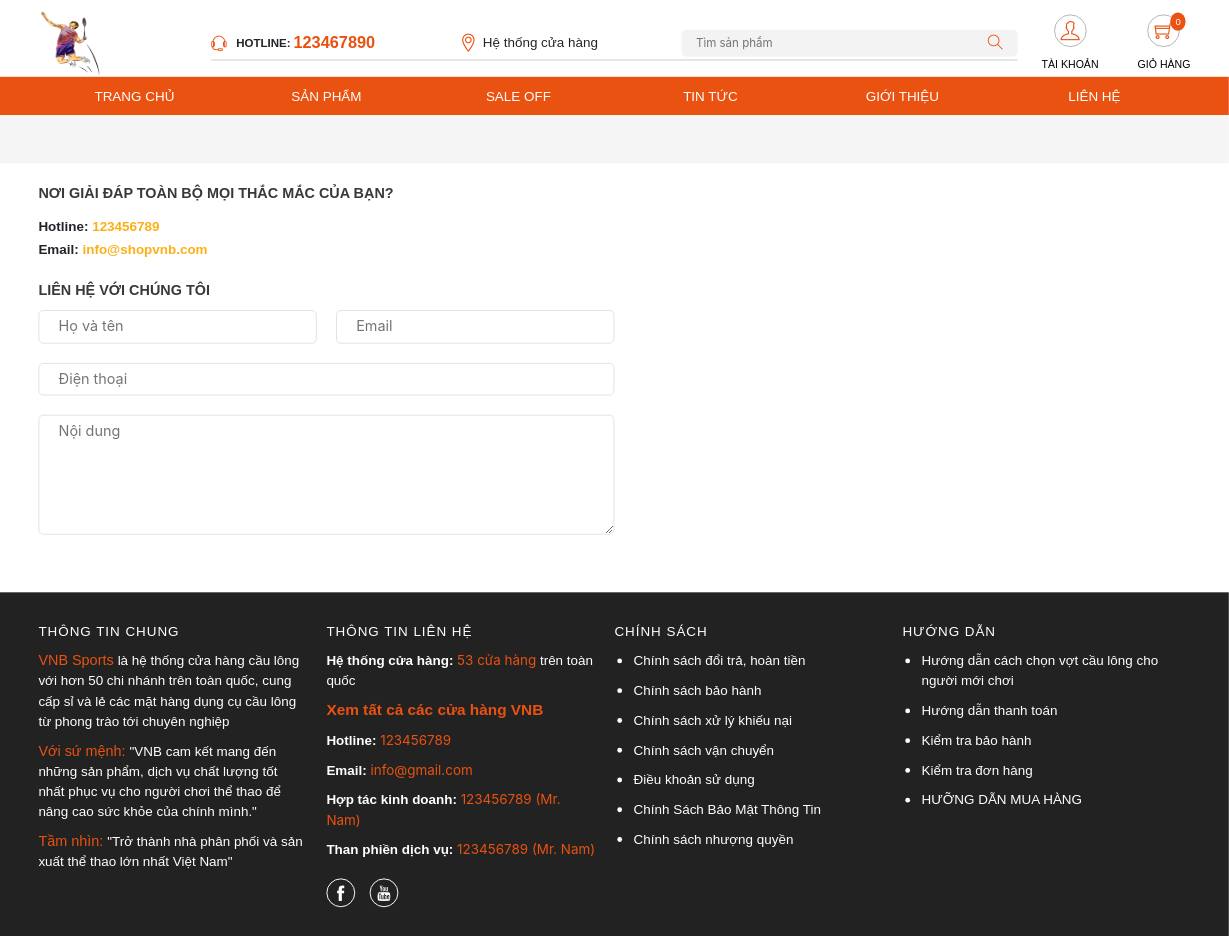
Repository: Namtran3107/CauLongSo1
Page: contact.html
An editor plug-in stored every save of this project. The page is shown before and after the next save, followed by the edit.
The browser window is 1280 px wide. The pictures show the whole page, at 96% of full size.

Above is the page before, as saved 2022-12-10 13:50:07.

After the next save:
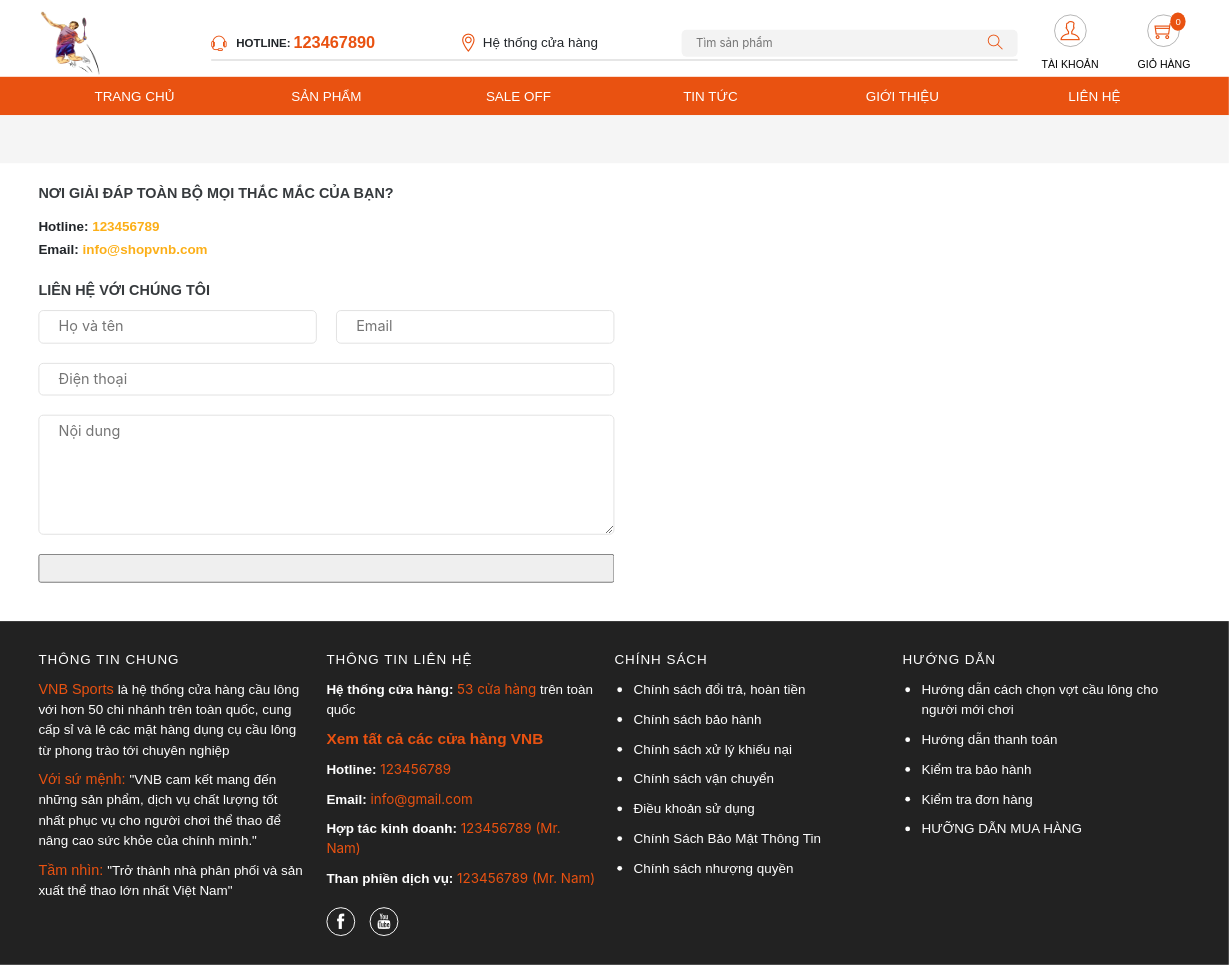
Saved 75 s later.
--- a/contact.html
+++ b/contact.html
@@ -135,6 +135,7 @@
                                 </div>
                                 <input type="number" class="contact-input-number" placeholder="Điện thoại">
                                 <textarea name="" id="" cols="100%" rows="5" placeholder="Nội dung" class="contact-input-text"></textarea>
+                                <input type="button" class="contact-submit">
                             </div>
                         </div>
                     </div>
